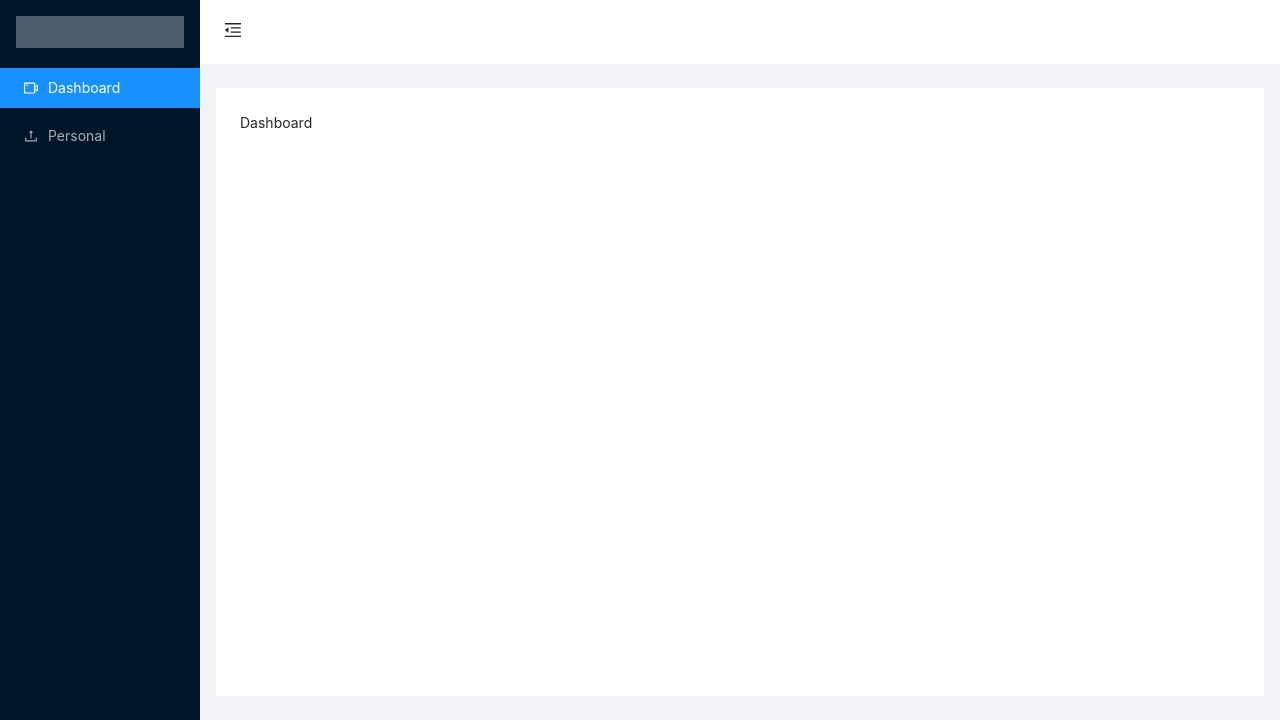
Repository: DallenCat/react-test
Page: /dashboard
The author's editor kept a copy of each file at every save. The page is drawn from the files as they stood at one save, then again after the next save.
The browser window is 1280 px wide. The pictures show the whole page.
The project was rebuilt for these pictures with package versions that can differ from the ones it lists, and the page was loaded fresh each time. A package was used in the major version that the imports need, not the one package.json lists. Also part of the build but not shown: src/containers/personal/index.js.

Above is the page before, as saved 2021-10-27 16:28:35.

### src/App.js

import './App.css';
import Routes from './routes';
import { BrowserRouter as Router, Switch, Route } from 'react-router-dom';
import SiderDemo from "@/components/layout/index.js"
import { Component } from 'react';
class App extends Component {
  render() {
    let LayoutRouter = (props) => {
      return (
        <SiderDemo>
          <Routes />
        </SiderDemo>
      )
    }
    return (
      <Router>
        <Switch>
          <Route path="/" component={LayoutRouter} />
        </Switch>
      </Router>
    )
  }

}
// render(<Router routes={routes} />, document.body)
export default App;

### src/App.css
@import '~antd/dist/antd.css';

.App {
  text-align: center;
}

.App-logo {
  height: 40vmin;
  pointer-events: none;
}

@media (prefers-reduced-motion: no-preference) {
  .App-logo {
    animation: App-logo-spin infinite 20s linear;
  }
}

.App-header {
  background-color: #282c34;
  min-height: 100vh;
  display: flex;
  flex-direction: column;
  align-items: center;
  justify-content: center;
  font-size: calc(10px + 2vmin);
  color: white;
}

.App-link {
  color: #61dafb;
}

@keyframes App-logo-spin {
  from {
    transform: rotate(0deg);
  }

  to {
    transform: rotate(360deg);
  }
}

### src/routes/index.js
/*
 * @Descripttion:
 * @version:
 * @Author: dal
 * @Date: 2021-10-26 17:34:53
 * @LastEditors: dal
 * @LastEditTime: 2021-10-27 15:55:38
 */
import Dashboard from "@/containers/dashboard"
import Personal from "@/containers/personal"
import { Route, Switch, withRouter } from 'react-router-dom';

const routes = () => {
  return (
    <Switch>
      <Route exact path={"/dashboard"} component={Dashboard} />
      <Route exact path={"/personal"} component={Personal} />

    </Switch>
  )
}
export default withRouter(routes)

### src/components/layout/index.js
/*
 * @Descripttion:
 * @version:
 * @Author: dal
 * @Date: 2021-10-27 09:54:26
 * @LastEditors: dal
 * @LastEditTime: 2021-10-27 16:11:54
 */
import React from "react"
import { Layout, Menu } from 'antd';
// 首先我们需要导入一些组件...
import { Link } from 'react-router-dom'
import "./index.css"
import {
  MenuUnfoldOutlined,
  MenuFoldOutlined,
  VideoCameraOutlined,
  UploadOutlined,
} from '@ant-design/icons';

const { Header, Sider, Content } = Layout;

class SiderDemo extends React.Component {
  state = {
    collapsed: false,
  };

  toggle = () => {
    this.setState({
      collapsed: !this.state.collapsed,
    });
  };
  // 组件挂载
  componentDidMount() {
    console.log(this.props);
  }
  render() {

    return (
      <Layout id="components-layout-demo-custom-trigger">
        <Sider trigger={null} collapsible collapsed={this.state.collapsed}>
          <div className="logo" />
          <Menu theme="dark" mode="inline" defaultSelectedKeys={['1']}>
            <Menu.Item key="1" icon={<VideoCameraOutlined />}>
              <Link to="dashboard">Dashboard </Link>
            </Menu.Item>
            <Menu.Item key="2" icon={<UploadOutlined />}>
              <Link to="personal">Personal </Link>
            </Menu.Item>
          </Menu>

        </Sider>
        <Layout className="site-layout">
          <Header className="site-layout-background">
            {React.createElement(this.state.collapsed ? MenuUnfoldOutlined : MenuFoldOutlined, {
              className: 'trigger',
              onClick: this.toggle,
            })}
          </Header>
          <Content
            className="site-layout-background"
            style={{
              margin: '24px 16px',
              padding: 24,
              minHeight: 280,
            }}
          >
            {this.props.children || "Welcome to your Inbox"}
          </Content>
        </Layout>
      </Layout>
    );
  }
}

export default SiderDemo;

### src/containers/dashboard/index.js
/*
 * @Descripttion:
 * @version:
 * @Author: dal
 * @Date: 2021-10-27 11:00:04
 * @LastEditors: dal
 * @LastEditTime: 2021-10-27 11:13:44
 */
import { Component } from "react"

class Dashboard extends Component {
  render() {
    return (
      <div>Dashboard</div>
    )
  }
}
export default Dashboard

### src/components/layout/index.css
.ant-layout {
  height: 100vh;
}

.ant-layout-header {
  text-align: left;
  padding: 0;
}

#components-layout-demo-custom-trigger .trigger {
  padding: 0 24px;
  font-size: 18px;
  line-height: 64px;
  cursor: pointer;
  transition: color 0.3s;
}

#components-layout-demo-custom-trigger .trigger:hover {
  color: #1890ff;
}

#components-layout-demo-custom-trigger .logo {
  height: 32px;
  margin: 16px;
  background: rgba(255, 255, 255, 0.3);
}

.site-layout .site-layout-background {
  background: #fff;
}

### src/components/layout/sider/index.js
/*
 * @Descripttion:
 * @version:
 * @Author: dal
 * @Date: 2021-10-27 16:13:09
 * @LastEditors: dal
 * @LastEditTime: 2021-10-27 16:26:22
 */
import { Layout } from 'antd';
import { Component } from 'react';
const { Sider } = Layout;
class SiderBar extends Component {
  constructor(props) {
    super(props)
  }
  render() {
    let { collapsed } = this.props
    return (
      <Sider collapsible collapsed={collapsed}>

      </Sider>
    )
  }
}
export default SiderBar

### src/components/layout/sider/menu.js
/*
 * @Descripttion:
 * @version:
 * @Author: dal
 * @Date: 2021-10-27 16:12:40
 * @LastEditors: dal
 * @LastEditTime: 2021-10-27 16:12:40
 */

Loaded but not shown: public/index.html (common file); src/index.js (common file); src/index.css (common file); src/reportWebVitals.js (common file)

After the next save:
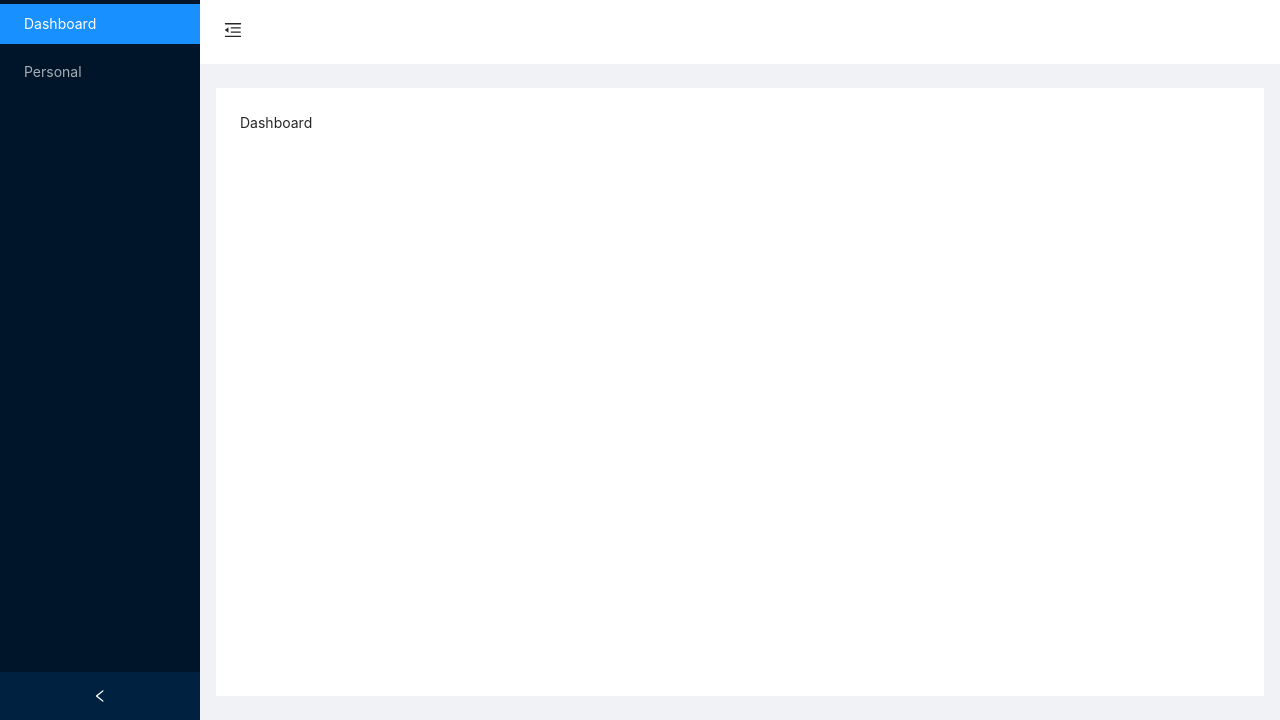
Saved 8 min 6 s later.
--- a/src/components/layout/index.js
+++ b/src/components/layout/index.js
@@ -4,7 +4,7 @@
  * @Author: dal
  * @Date: 2021-10-27 09:54:26
  * @LastEditors: dal
- * @LastEditTime: 2021-10-27 16:11:54
+ * @LastEditTime: 2021-10-27 16:36:41
  */
 import React from "react"
 import { Layout, Menu } from 'antd';
@@ -17,8 +17,8 @@ import {
   VideoCameraOutlined,
   UploadOutlined,
 } from '@ant-design/icons';
-
-const { Header, Sider, Content } = Layout;
+import Sider from "./sider"
+const { Header, Content } = Layout;
 
 class SiderDemo extends React.Component {
   state = {
@@ -38,18 +38,7 @@ class SiderDemo extends React.Component {
 
     return (
       <Layout id="components-layout-demo-custom-trigger">
-        <Sider trigger={null} collapsible collapsed={this.state.collapsed}>
-          <div className="logo" />
-          <Menu theme="dark" mode="inline" defaultSelectedKeys={['1']}>
-            <Menu.Item key="1" icon={<VideoCameraOutlined />}>
-              <Link to="dashboard">Dashboard </Link>
-            </Menu.Item>
-            <Menu.Item key="2" icon={<UploadOutlined />}>
-              <Link to="personal">Personal </Link>
-            </Menu.Item>
-          </Menu>
-
-        </Sider>
+        <Sider></Sider>
         <Layout className="site-layout">
           <Header className="site-layout-background">
             {React.createElement(this.state.collapsed ? MenuUnfoldOutlined : MenuFoldOutlined, {
--- a/src/components/layout/sider/index.js
+++ b/src/components/layout/sider/index.js
@@ -8,8 +8,9 @@
  */
 import { Layout } from 'antd';
 import { Component } from 'react';
+import Menu from "./menu"
 const { Sider } = Layout;
-class SiderBar extends Component {
+class SIDER extends Component {
   constructor(props) {
     super(props)
   }
@@ -17,9 +18,9 @@ class SiderBar extends Component {
     let { collapsed } = this.props
     return (
       <Sider collapsible collapsed={collapsed}>
-
+        <Menu></Menu>
       </Sider>
     )
   }
 }
-export default SiderBar
+export default SIDER
--- a/src/components/layout/sider/menu.js
+++ b/src/components/layout/sider/menu.js
@@ -6,3 +6,25 @@
  * @LastEditors: dal
  * @LastEditTime: 2021-10-27 16:12:40
  */
+import { Menu } from "antd"
+import { Component } from "react";
+import { Link } from "react-router-dom"
+class MENU extends Component {
+  constructor(props) {
+    super(props)
+  }
+  render(h) {
+    return (
+      <Menu theme="dark" mode="inline" defaultSelectedKeys={['1']}>
+        <Menu.Item key="1">
+          <Link to="dashboard">Dashboard </Link>
+        </Menu.Item>
+        <Menu.Item key="2">
+          <Link to="personal">Personal </Link>
+        </Menu.Item>
+      </Menu>
+
+    )
+  }
+}
+export default MENU
